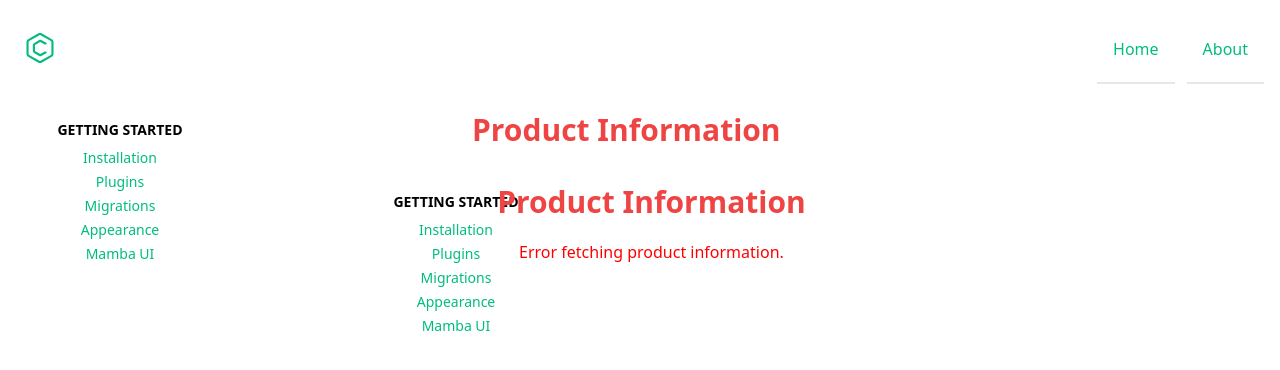
Repository: loktioncode/vectra-shop
Page: /
An editor plug-in stored every save of this project. The page is shown before and after the next save, followed by the edit.
The browser window is 1280 px wide. The pictures show the whole page.
The page's requests for data from a server got no answer. The project was rebuilt for these pictures with package versions that can differ from the ones it lists, and the page was loaded fresh each time. No one was signed in, and anything a server would have sent is missing. Also part of the build but not shown: vite.config.ts, src/components/ProductCard.vue. Imported but missing from the stored project, and not drawn on this page: src/components/Counter.vue.

Above is the page before, as saved 2023-09-20 15:49:35.

### src/assets/main.css
@tailwind base;
@tailwind components;
@tailwind utilities;

@import './base.css';

a,
.green {
  text-decoration: none;
  color: hsla(160, 100%, 37%, 1);
  transition: 0.4s;
}

@media (hover: hover) {
  a:hover {
    background-color: hsla(160, 100%, 37%, 0.2);
  }
}

### src/App.vue
<!-- <script setup lang="ts">
import { RouterLink, RouterView } from 'vue-router'
import HelloWorld from './components/HelloWorld.vue'
</script> -->

<template>
  <div class="app">

    <header class="p-4 dark:bg-gray-800 dark:text-gray-100">
      <div class="container flex justify-between h-16 mx-auto">
        <a rel="noopener noreferrer" href="#" aria-label="Back to homepage" class="flex items-center p-2">
          <svg xmlns="http://www.w3.org/2000/svg" fill="currentColor" viewBox="0 0 32 32"
            class="w-8 h-8 dark:text-violet-400">
            <path
              d="M27.912 7.289l-10.324-5.961c-0.455-0.268-1.002-0.425-1.588-0.425s-1.133 0.158-1.604 0.433l0.015-0.008-10.324 5.961c-0.955 0.561-1.586 1.582-1.588 2.75v11.922c0.002 1.168 0.635 2.189 1.574 2.742l0.016 0.008 10.322 5.961c0.455 0.267 1.004 0.425 1.59 0.425 0.584 0 1.131-0.158 1.602-0.433l-0.014 0.008 10.322-5.961c0.955-0.561 1.586-1.582 1.588-2.75v-11.922c-0.002-1.168-0.633-2.189-1.573-2.742zM27.383 21.961c0 0.389-0.211 0.73-0.526 0.914l-0.004 0.002-10.324 5.961c-0.152 0.088-0.334 0.142-0.53 0.142s-0.377-0.053-0.535-0.145l0.005 0.002-10.324-5.961c-0.319-0.186-0.529-0.527-0.529-0.916v-11.922c0-0.389 0.211-0.73 0.526-0.914l0.004-0.002 10.324-5.961c0.152-0.090 0.334-0.143 0.53-0.143s0.377 0.053 0.535 0.144l-0.006-0.002 10.324 5.961c0.319 0.185 0.529 0.527 0.529 0.916z">
            </path>
            <path
              d="M22.094 19.451h-0.758c-0.188 0-0.363 0.049-0.515 0.135l0.006-0.004-4.574 2.512-5.282-3.049v-6.082l5.282-3.051 4.576 2.504c0.146 0.082 0.323 0.131 0.508 0.131h0.758c0.293 0 0.529-0.239 0.529-0.531v-0.716c0-0.2-0.11-0.373-0.271-0.463l-0.004-0.002-5.078-2.777c-0.293-0.164-0.645-0.26-1.015-0.26-0.39 0-0.756 0.106-1.070 0.289l0.010-0.006-5.281 3.049c-0.636 0.375-1.056 1.055-1.059 1.834v6.082c0 0.779 0.422 1.461 1.049 1.828l0.009 0.006 5.281 3.049c0.305 0.178 0.67 0.284 1.061 0.284 0.373 0 0.723-0.098 1.027-0.265l-0.012 0.006 5.080-2.787c0.166-0.091 0.276-0.265 0.276-0.465v-0.716c0-0.293-0.238-0.529-0.529-0.529z">
            </path>
          </svg>
        </a>
        <ul class="items-stretch hidden space-x-3 md:flex">
          <RouterLink to="/" class="flex items-center px-4 -mb-1 border-b-2 dark:border-transparent">Home</RouterLink>
          <RouterLink to="/about" class="flex items-center px-4 -mb-1 border-b-2 dark:border-transparent">About
          </RouterLink>
        </ul>
        <button class="flex justify-end p-4 md:hidden">
          <svg xmlns="http://www.w3.org/2000/svg" fill="none" viewBox="0 0 24 24" stroke="currentColor" class="w-6 h-6">
            <path stroke-linecap="round" stroke-linejoin="round" stroke-width="2" d="M4 6h16M4 12h16M4 18h16"></path>
          </svg>
        </button>
      </div>
    </header>

    <RouterView />

  </div>
</template>

<style >
.app {
  text-align: center;
}
</style>

### src/views/HomeView.vue



<template>
  <div class="flex">
    <!-- Left Sidebar for Filters -->
    <div class="w-1/4 ">
      <aside class="w-full p-6 sm:w-60 dark:bg-gray-900 dark:text-gray-100">
        <nav class="space-y-10 text-sm">
          <div class="space-y-2">
            <h2 class="text-sm font-semibold tracki uppercase dark:text-gray-400">Getting Started</h2>
            <div class="flex flex-col space-y-1">
              <a rel="noopener noreferrer" href="#">Installation</a>
              <a rel="noopener noreferrer" href="#">Plugins</a>
              <a rel="noopener noreferrer" href="#">Migrations</a>
              <a rel="noopener noreferrer" href="#">Appearance</a>
              <a rel="noopener noreferrer" href="#">Mamba UI</a>
            </div>
          </div>

        </nav>
      </aside>
    </div>

    <!-- Right Side for Product Information -->
    <div class="w-4/4 p-4">
      <h1 class="text-3xl text-red-500 font-bold mb-5">Product Information</h1>
      <Products />
    </div>
  </div>
</template>



<script setup lang="ts">
import Counter from '@/components/Counter.vue'
import Products from '@/components/Products.vue'

import { useCounterStore } from '@/stores/counter'

const storeCounter = useCounterStore();


</script>

<style>
@media (min-width: 1024px) {
  .home {
    min-height: 100vh;
    align-items: center;
  }



  .buttons button {
    font-size: 40px;
    margin: 20px;
    width: 50px;
    height: 50px;
  }
}
</style>

### src/components/Products.vue
<template>
  <div class="flex">
    <!-- Left Sidebar for Filters -->
    <div class="w-1/4 ">
      <aside class="w-full p-6 sm:w-60 dark:bg-gray-900 dark:text-gray-100">
        <nav class="space-y-10 text-sm">
          <div class="space-y-2">
            <h2 class="text-sm font-semibold tracki uppercase dark:text-gray-400">Getting Started</h2>
            <div class="flex flex-col space-y-1">
              <a rel="noopener noreferrer" href="#">Installation</a>
              <a rel="noopener noreferrer" href="#">Plugins</a>
              <a rel="noopener noreferrer" href="#">Migrations</a>
              <a rel="noopener noreferrer" href="#">Appearance</a>
              <a rel="noopener noreferrer" href="#">Mamba UI</a>
            </div>
          </div>

        </nav>
      </aside>
    </div>

    <!-- Right Side for Product Information -->
    <div class="w-4/4 p-4">
      <h1 class="text-3xl text-red-500 font-bold mb-5">Product Information</h1>
      <div v-if="productStore.loading">Loading...</div>
      <div v-else>
        <div v-if="productStore.error" class="error-message">{{ productStore.error }}</div>
        <div class="px-10">
          <div class="grid grid-cols-4 gap-4">
            <ProductCard v-for="product in productStore.products" :key="product.id" :product="product" />
          </div>
        </div>
      </div>
    </div>
  </div>
</template>

<script setup lang="ts">
import { onMounted } from 'vue';
import { useProductStore } from '@/stores/productStore';
import ProductCard from '@/components/ProductCard.vue';

const productStore = useProductStore();

async function fetchProductInfo() {
  const apiUrl = 'https://fakestoreapi.com/products'; // Replace with your actual API endpoint
  await productStore.fetchProductInfo(apiUrl);
}

onMounted(() => fetchProductInfo());
</script>

<style scoped>
.error-message {
  color: red;
}
</style>

### src/stores/counter.ts
import { computed } from 'vue'
import { defineStore } from 'pinia'

export const useCounterStore = defineStore({
  id: 'counter',
  state: () => ({
    count: 0,
    name: '张三',
    username: 'zhangsan'
  }),
  actions: {
    increaseCount() {
      this.count++;
    },
    decreaseCount() {
      this.count--;
    }
  },
  getters: {
    oddOrEven: (state) => {
      if (state.count % 2 === 0) {
        return 'even'
      } else {
        return 'odd'
      }
    }

  }
})

### src/stores/productStore.ts
import { defineStore } from 'pinia';

interface Product {
    id: string;
    title: string;
    description: string;
    price: number;
}

export const useProductStore = defineStore({
    id: 'products',
    state: () => ({
        products: [] as Product[],
        loading: false,
        error: null as string | null,
    }),
    actions: {
        async fetchProductInfo(apiUrl: string) {
            try {
                this.loading = true;
                const response = await fetch(apiUrl);

                if (!response.ok) {
                    throw new Error('Network response was not ok');
                }

                this.products = await response.json();
                this.error = null;
            } catch (error) {
                this.error = 'Error fetching product information.';
                console.error(error);
            } finally {
                this.loading = false;
            }
        },
    },
    getters: {


    }
})

### tailwind.config.js
/** @type {import('tailwindcss').Config} */
module.exports = {
  content: [
    "./index.html",
    "./src/**/*.{vue,js,jsx,ts,tsx}",
  ],
  theme: {
    extend: {},
  },
  plugins: [],
}

Loaded but not shown: index.html (common file); src/main.ts (common file); src/router/index.ts (common file)

After the next save:
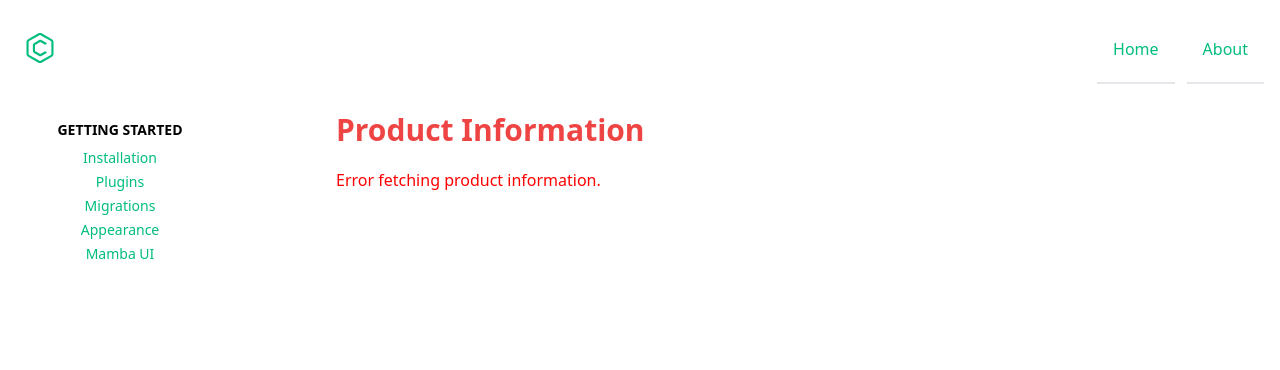
Saved 33 s later.
--- a/src/components/Products.vue
+++ b/src/components/Products.vue
@@ -1,28 +1,6 @@
 <template>
   <div class="flex">
-    <!-- Left Sidebar for Filters -->
-    <div class="w-1/4 ">
-      <aside class="w-full p-6 sm:w-60 dark:bg-gray-900 dark:text-gray-100">
-        <nav class="space-y-10 text-sm">
-          <div class="space-y-2">
-            <h2 class="text-sm font-semibold tracki uppercase dark:text-gray-400">Getting Started</h2>
-            <div class="flex flex-col space-y-1">
-              <a rel="noopener noreferrer" href="#">Installation</a>
-              <a rel="noopener noreferrer" href="#">Plugins</a>
-              <a rel="noopener noreferrer" href="#">Migrations</a>
-              <a rel="noopener noreferrer" href="#">Appearance</a>
-              <a rel="noopener noreferrer" href="#">Mamba UI</a>
-            </div>
-          </div>
-
-        </nav>
-      </aside>
-    </div>
-
-    <!-- Right Side for Product Information -->
-    <div class="w-4/4 p-4">
-      <h1 class="text-3xl text-red-500 font-bold mb-5">Product Information</h1>
-      <div v-if="productStore.loading">Loading...</div>
+    <div v-if="productStore.loading">Loading...</div>
       <div v-else>
         <div v-if="productStore.error" class="error-message">{{ productStore.error }}</div>
         <div class="px-10">
@@ -31,7 +9,6 @@
           </div>
         </div>
       </div>
-    </div>
   </div>
 </template>
 
